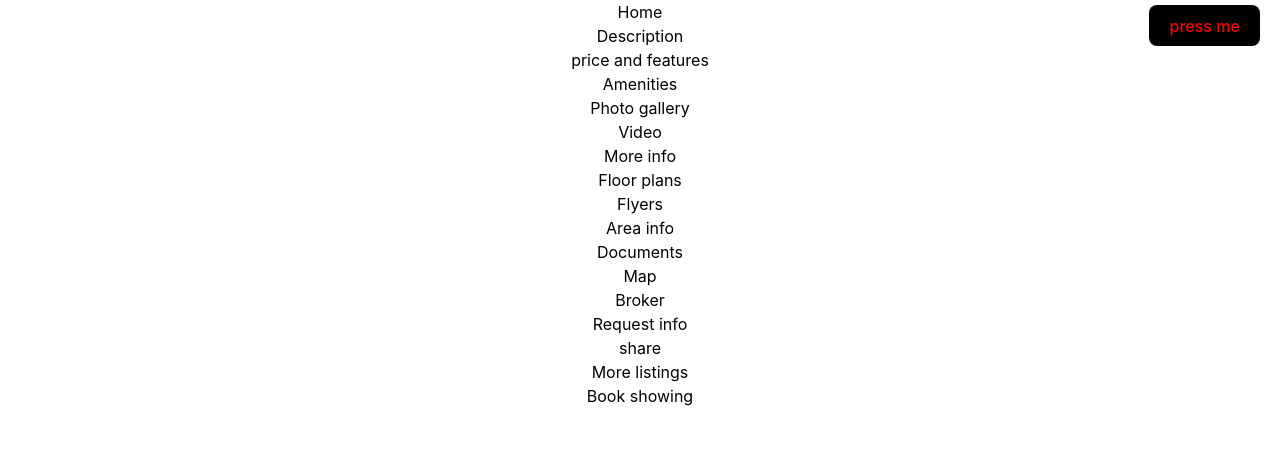
Repository: TMuse333/real-estate-landingpage
Page: /
An editor plug-in stored every save of this project. The page is shown before and after a run of saves, followed by the edit.
The browser window is 1280 px wide. The pictures show the whole page.
The project was rebuilt for these pictures with package versions that can differ from the ones it lists, and the page was loaded fresh each time. Also part of the build but not shown: vite.config.js.

Above is the page before, as saved 2023-09-19 16:35:51.

After the next 5 saves:
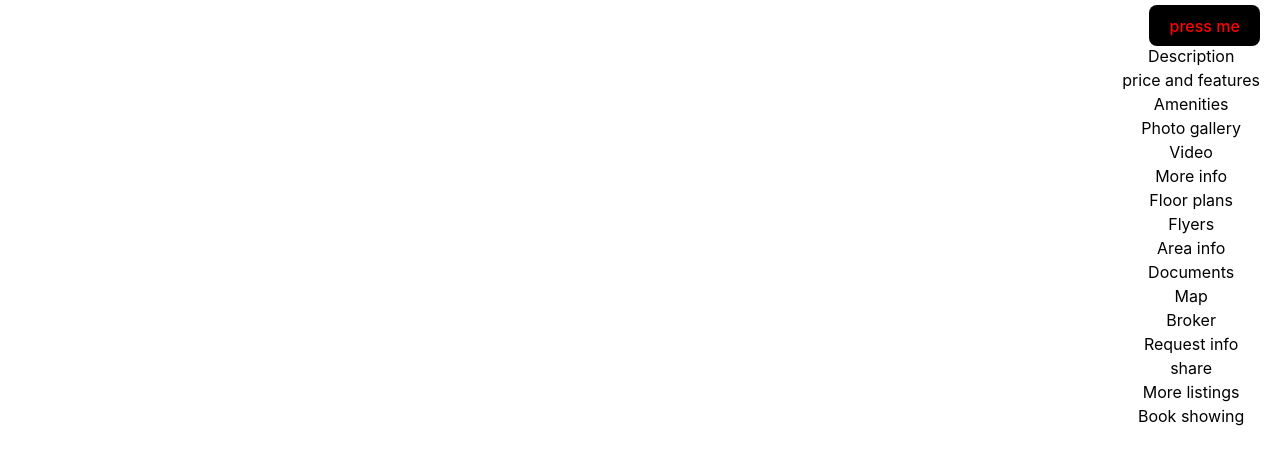
The 5 saves are shown as one change because they came seconds apart.
The last was saved 14 s later.
--- a/src/App.css
+++ b/src/App.css
@@ -29,7 +29,8 @@ padding: 0;
   margin: 0;
 
 position: absolute;
-
+top:20px;
+right: 20px;
 
 }
 
